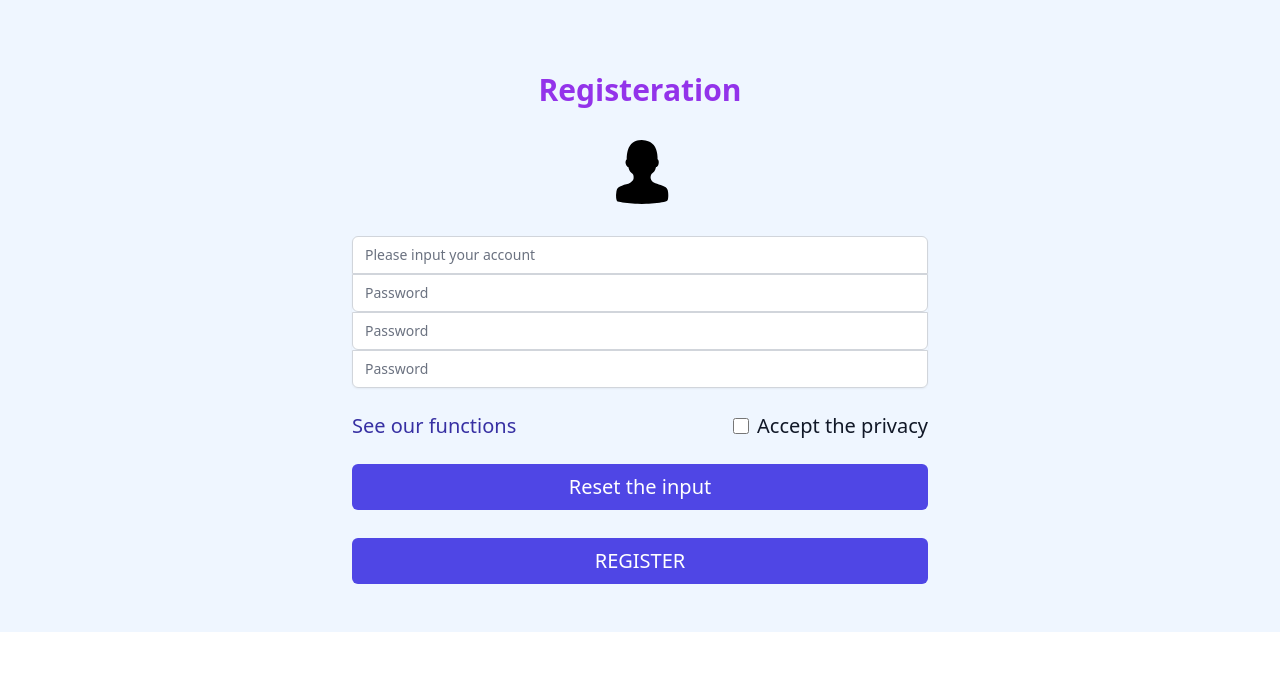
Repository: LiuRuohui/test_the_tailwindcss
Page: /
The author's editor kept a copy of each file at every save. The page is drawn from the files as they stood at one save, then again after the next save.
The browser window is 1280 px wide. The pictures show the whole page.
The project was rebuilt for these pictures with package versions that can differ from the ones it lists, and the page was loaded fresh each time. Also part of the build but not shown: vite.config.js.

Above is the page before, as saved 2022-03-03 10:24:51.

After the next save:
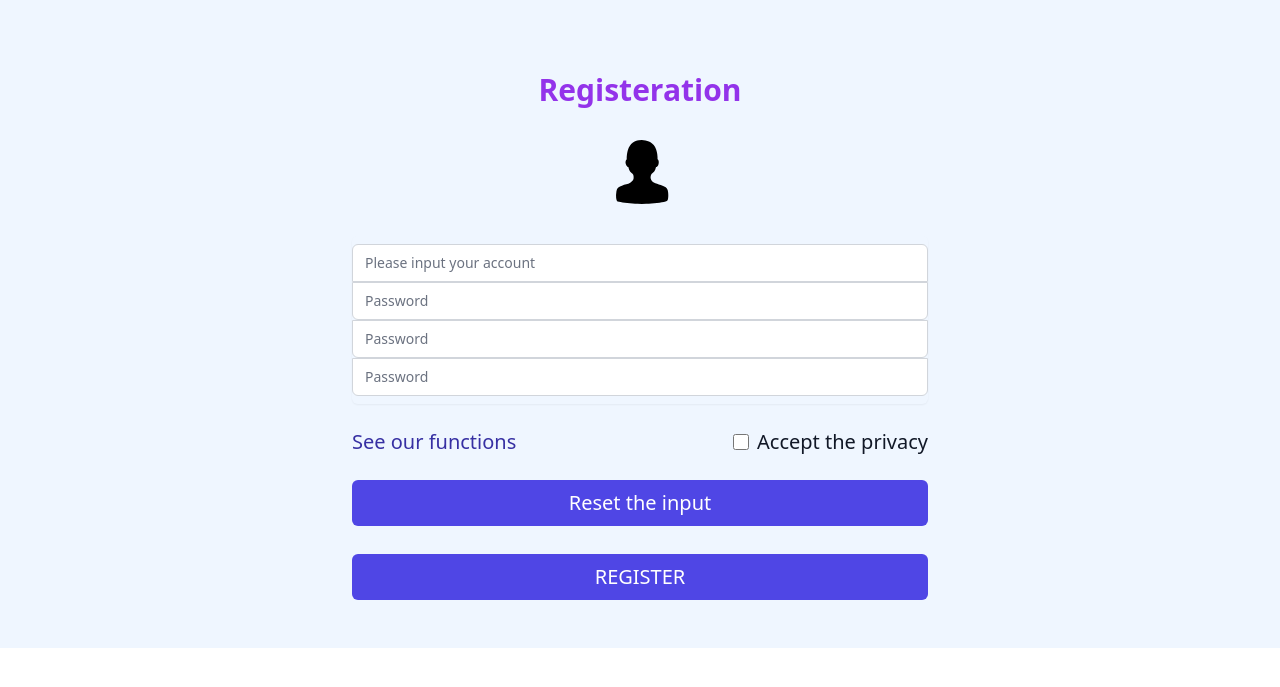
Saved 17 s later.
--- a/src/components/RegisterPage.vue
+++ b/src/components/RegisterPage.vue
@@ -8,7 +8,7 @@
             <img class="h-16 w-1/2 mx-auto" src="../assets/用户.svg" alt="这里有一张图片">
         </div>
         <form class="mt-8 space-y-6" action="#" method="POST">
-      <div class="rounded-md shadow-sm ">
+      <div class="rounded-md shadow-sm py-2">
         <div>
           <label for="email-address" class="sr-only ">Account</label>
           <input id="email-address" name="email" type="email" autocomplete="email" required class="appearance-none rounded-none relative block w-full px-3 py-2 border border-gray-300 placeholder-gray-500 text-gray-900 rounded-t-md focus:outline-none focus:ring-indigo-500 focus:border-indigo-500 focus:z-10 sm:text-sm" placeholder="Please input your account">
